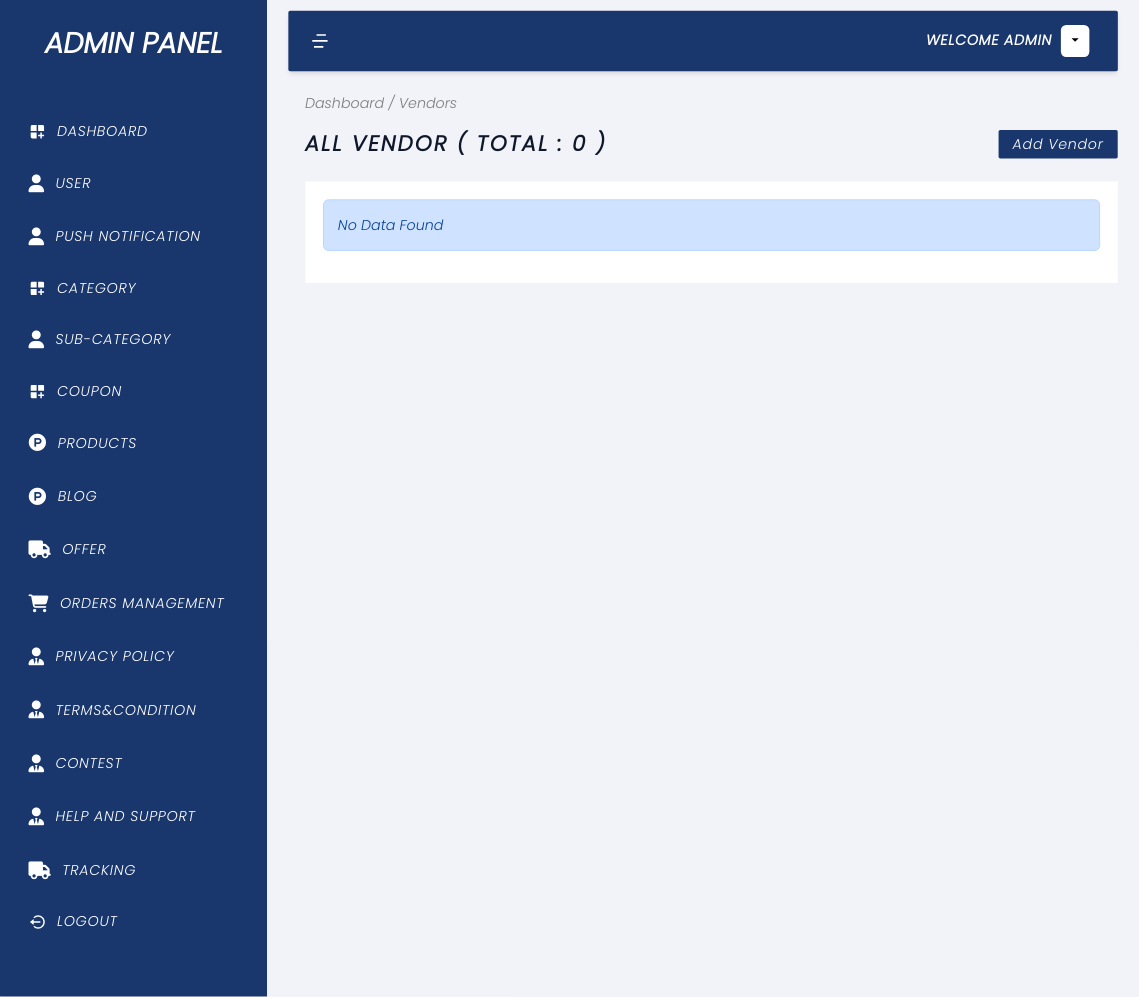
Repository: arpanmalik/project-khanna
Page: /VendorList
The author's editor kept a copy of each file at every save. The page is drawn from the files as they stood at one save, then again after a run of saves.
The browser window is 1280 px wide. The pictures show the whole page, at 89% of full size.
The page's requests for data from a server got no answer. Some web libraries are served in a nearby version. The project was rebuilt for these pictures with package versions that can differ from the ones it lists, and the page was loaded fresh each time. No one was signed in, and anything a server would have sent is missing. Also part of the build but not shown: src/E-CommerceAdmin/forms/Login.jsx, src/E-CommerceAdmin/pages/Dashboard.jsx, src/E-CommerceAdmin/pages/ECategory.js, src/E-CommerceAdmin/pages/EProduct.js, src/E-CommerceAdmin/pages/EAdminOrders.js, src/E-CommerceAdmin/pages/EAdminProduct.js, src/E-CommerceAdmin/pages/EAdminDelivery.js, src/E-CommerceAdmin/pages/EAdminCustomer.js and 11 more.

Above is the page before, as saved 2023-05-16 17:26:42.

After the next 2 saves:
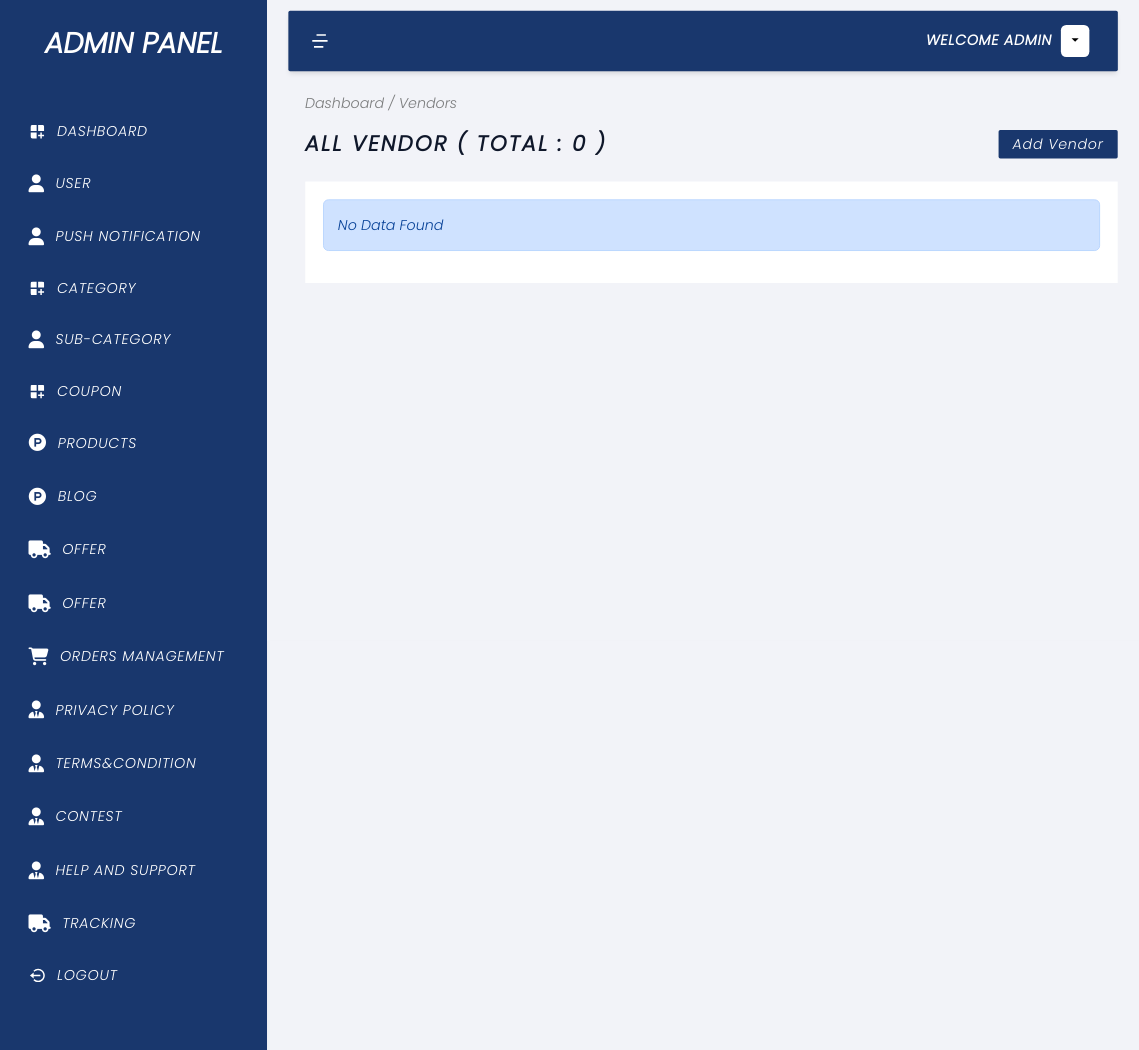
The 2 saves are shown as one change because they came seconds apart.
The last was saved 39 s later.
--- a/src/E-CommerceAdmin/layout/Sidebar.jsx
+++ b/src/E-CommerceAdmin/layout/Sidebar.jsx
@@ -63,6 +63,11 @@ const Sidebar = ({ hamb, setHamb }) => {
     //   link: "/getMeThis",
     //   name: "Get Me This",
     // },
+    {
+      icon: <i className="fa-solid fa-truck  text-xl mr-3 rounded-full"></i>,
+      link: "/VendorList",
+      name: "Offer",
+    },
     {
       icon: <i className="fa-solid fa-truck  text-xl mr-3 rounded-full"></i>,
       link: "/Support",
